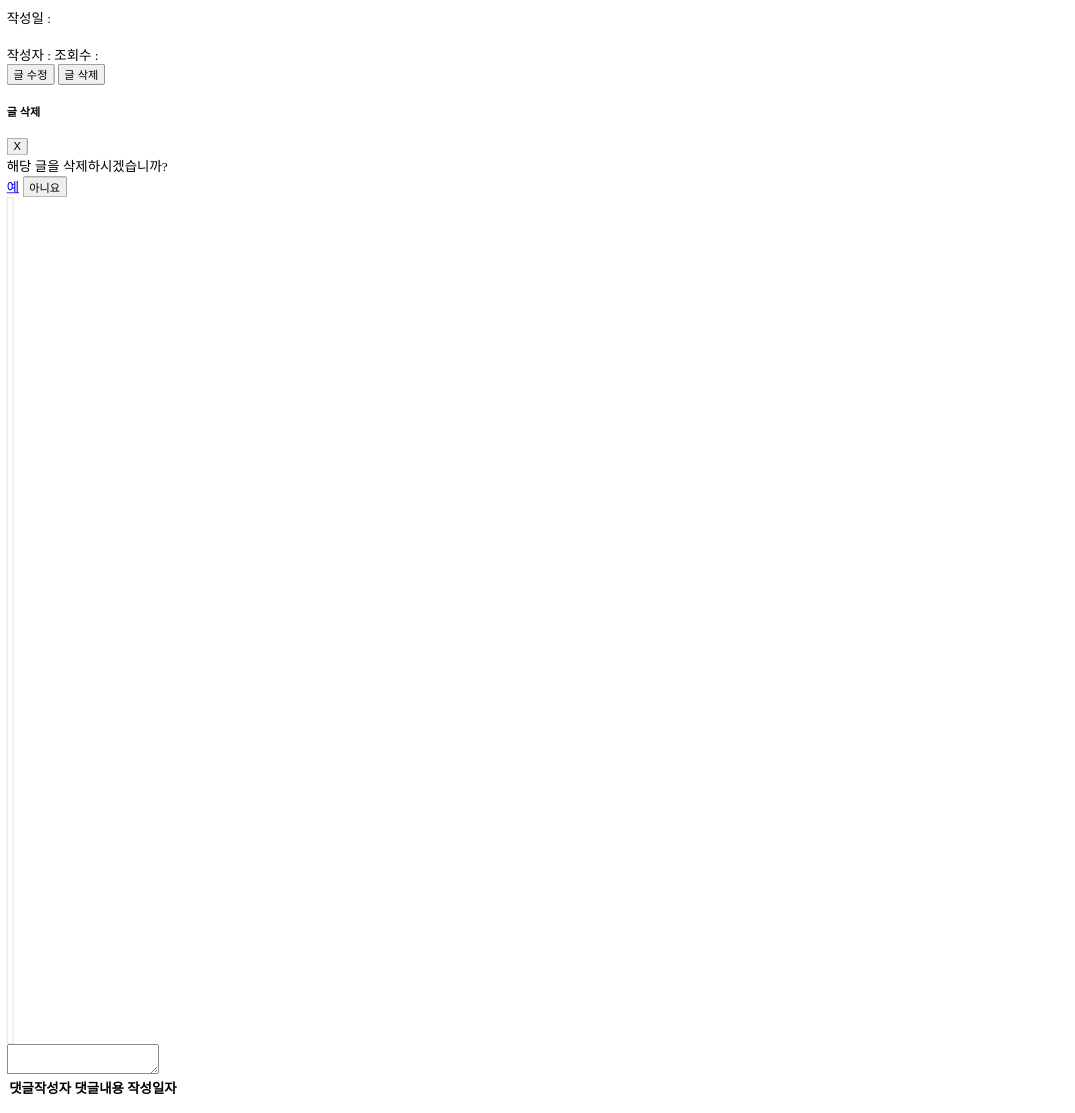
Repository: KimJinHwan999/ToyProject-makeBoard-springBoot
Page: http://localhost/board/WEB-INF/views/board/post.jsp
These files come from the project's save history. The page is drawn as it stood at one moment and after the next save; the edit follows.
The browser window is 1280 px wide. The pictures show the whole page, at 84% of full size.
The page is served by Tomcat 9. Nobody is signed in. Other server files are loaded and not shown. The template is opened directly, without the code that normally fills it, so the values that code supplies are empty.

Above is the page before, as saved 2023-06-22 09:08:28.

### board/src/main/webapp/WEB-INF/views/board/post.jsp
<%@ page language="java" contentType="text/html; charset=UTF-8" pageEncoding="UTF-8"%>
<%@ taglib prefix="c" uri="http://java.sun.com/jsp/jstl/core" %>
<body>
	<div class="col-sm-9 col-sm-offset-3 col-md-10 col-md-offset-2 main">
		<div class="sub-header">
			<c:set var="post.board_num" value="${post.board_num}" />
			<c:if test="${post.board_num eq 1}">
				<span>유머 게시판</span>
			</c:if>
			<c:if test="${post.board_num eq 2}">
				<span>스포츠 게시판</span>
			</c:if>
			<c:if test="${post.board_num eq 3}">
				<span>게임 게시판</span>
			</c:if>

			<span class="pull-right">작성일 : ${post.post_date }</span>
			<h2>${post.post_name }</h2>
		</div>

	    <div class="table-responsive">
	    	<div class="pull-right" >
		    	<div>
					<span>작성자 : ${postMember.member_id } </span>
					<span>조회수 : ${post.post_views }</span>

		    	</div>

		    	<!-- 세션에 등록된 계정과 글을 쓴 주인이 같으면 수정, 삭제 버튼 보이기 -->
		    	<c:set var="loginUserSession.member_no" value="${loginUserSession.member_no}" />
		    	<c:set var="post.member_no" value="${post.member_no}" />
				<c:if test="${loginUserSession.member_no eq post.member_no}">
			    	<div>
						<a href="/board/update/${post_id }"><button>글 수정</button></a>
						<button id="deleteButton">글 삭제</button>
			    	</div>
		    	</c:if>
	    	</div>


		<div class="modal fade" id="Modal" tabindex="-1" role="dialog" aria-labelledby="exampleModalLabel" aria-hidden="true">
		<div class="modal-dialog" role="document">
			<div class="modal-content">
				<div class="modal-header">
					<h5 class="modal-title" id="exampleModalLabel">글 삭제</h5>
					<button class="close" type="button" data-dismiss="modal" aria-label="Close">
						<span aria-hidden="true">X</span>
					</button>
				</div>
				<div class="modal-body">해당 글을 삭제하시겠습니까?</div>
				<div class="modal-footer">
					<a class="btn" id="modalY" href="/board/delete/${post_id }">예</a>
					<button class="btn" type="button" data-dismiss="modal">아니요</button>
				</div>
			</div>
		</div>
		</div>


			<table class="table table-striped" style="text-align: center; border: 1px solid #dddddd">

					<tbody>
						<tr>
							<td>
								<div class="form-control" id="post_text" style="height: 1000px; text-align:left;">
									${post.post_text }

									<c:forEach var="postPhoto" items="${postPhoto}" >
										<div>
											<img src="/imgPath/post_img/<c:out value="${postPhoto }"/>"  style="width:300px; margin-top:20px; margin-bottom:20px;">
										</div>
									</c:forEach>

								</div>
							</td>
						</tr>
					</tbody>
				</table>

				<!-- 댓글 -->
	            <form action="/reply/${post.post_id}" method="post" name="addReply" id="addReply" >
					<table class="table table-striped">
			            <thead>
			            <tr>
			                <th>댓글작성자</th>
			                <th>댓글내용</th>
			                <th>작성일자</th>
			            </tr>
			            </thead>
			            <tbody>
			            <c:forEach var="reply" items="${reply }" >
				            <tr>
				                <td>${reply.member_no }</td>
				                <td>${reply.reply_content }</td>
				                <td>${reply.reply_date }</td>
				            </tr>
			            </c:forEach>
				            <textarea id="reply_content" name="reply_content"></textarea>

			            </tbody>
			        </table>
	            </form>
		        <!-- 댓글 끝 -->
		</div>

	</div>
</body>

After the next save:
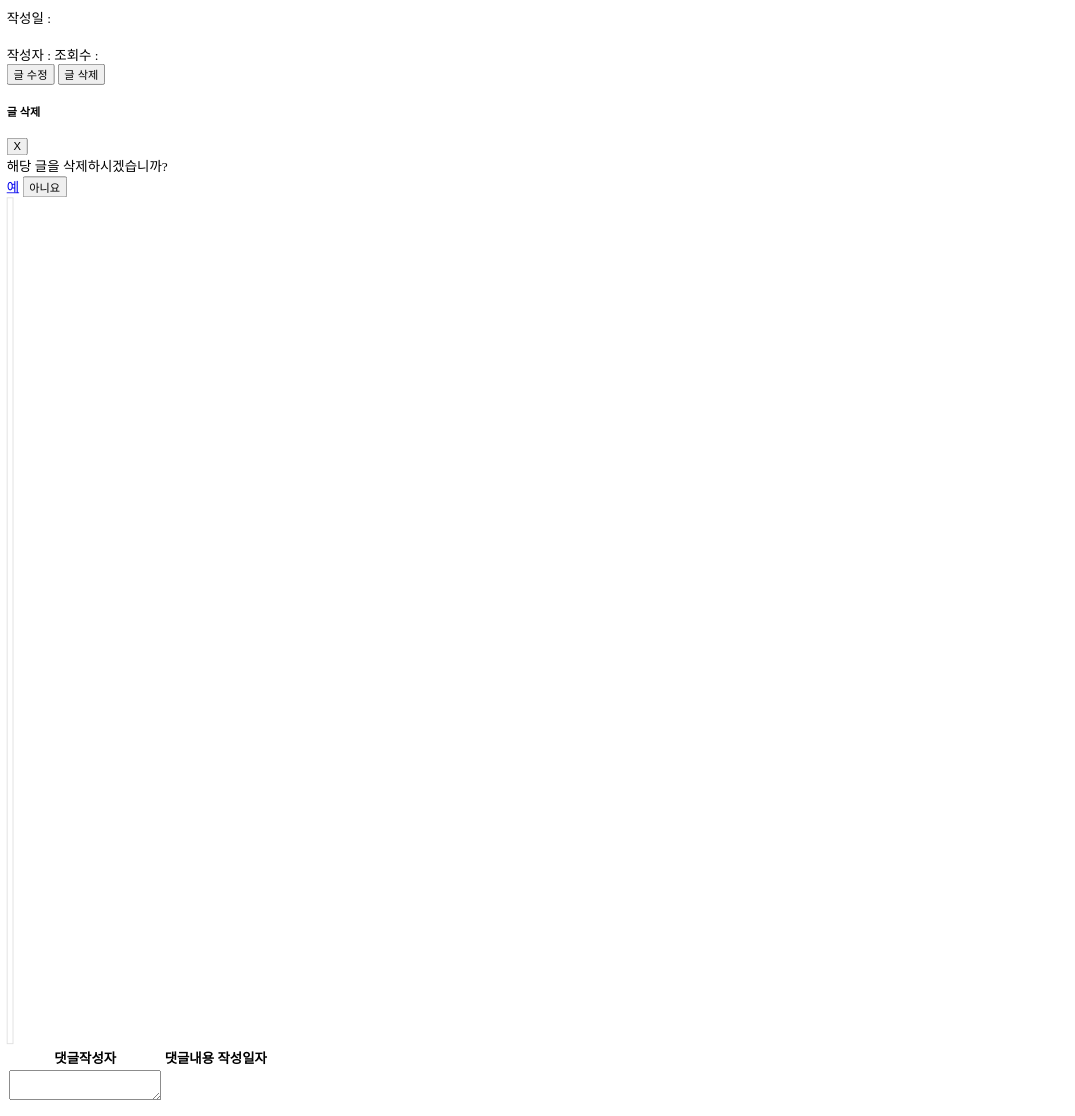
Saved 53 s later.
--- a/board/src/main/webapp/WEB-INF/views/board/post.jsp
+++ b/board/src/main/webapp/WEB-INF/views/board/post.jsp
@@ -95,7 +95,11 @@
 				                <td>${reply.reply_date }</td>
 				            </tr>
 			            </c:forEach>
-				            <textarea id="reply_content" name="reply_content"></textarea>
+			            <tr>
+			            	<td>
+					            <textarea id="reply_content" name="reply_content"></textarea>
+			            	</td>
+			            </tr>
 
 			            </tbody>
 			        </table>
